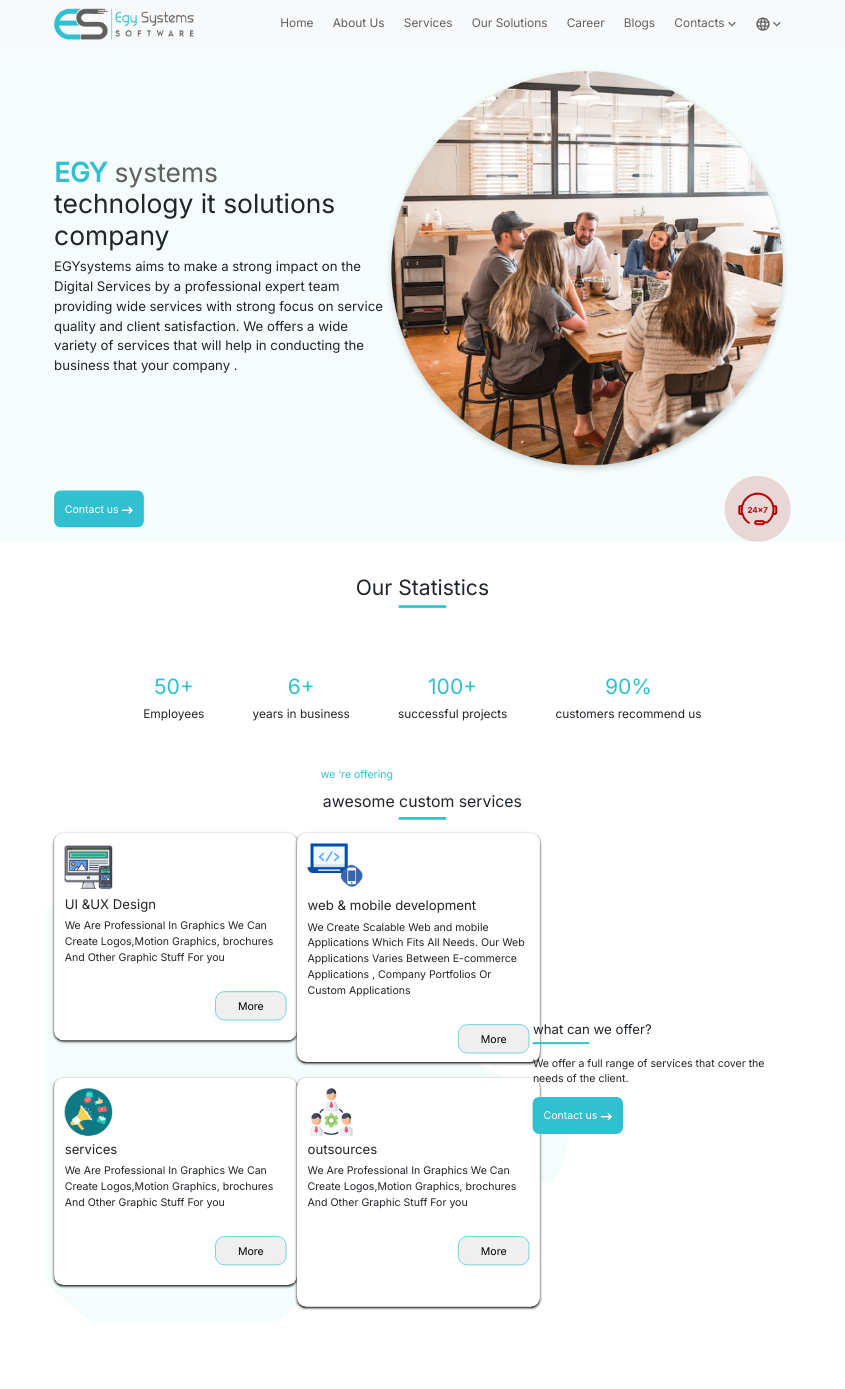
Repository: hamdyAbdelazeim/Egysystem-Home
Page: index.html
The author's editor kept a copy of each file at every save. The page is drawn from the files as they stood at one save, then again after the next save.
The browser window is 1280 px wide. The pictures show the whole page, at 66% of full size.

Above is the page before, as saved 2023-07-13 10:45:59.

After the next save:
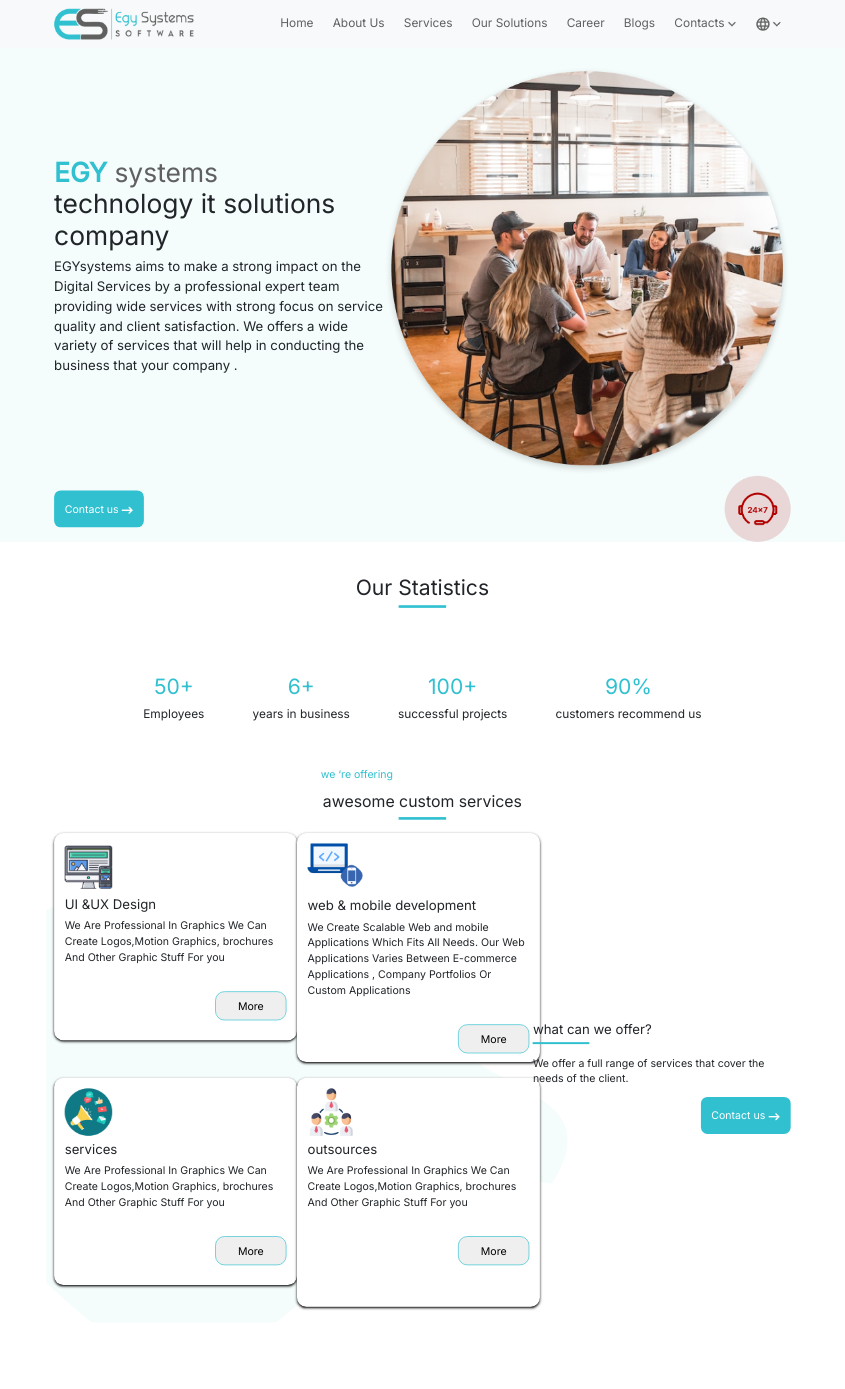
Saved 6 s later.
--- a/index.html
+++ b/index.html
@@ -194,7 +194,7 @@
             We offer a full range of services that cover the needs of the
             client.
           </p>
-          <button class="contactUs-btn flot-right">
+          <button class="contactUs-btn float-end">
             Contact us <img src="/assets/Vector (right).png" alt="" />
           </button>
         </div>
